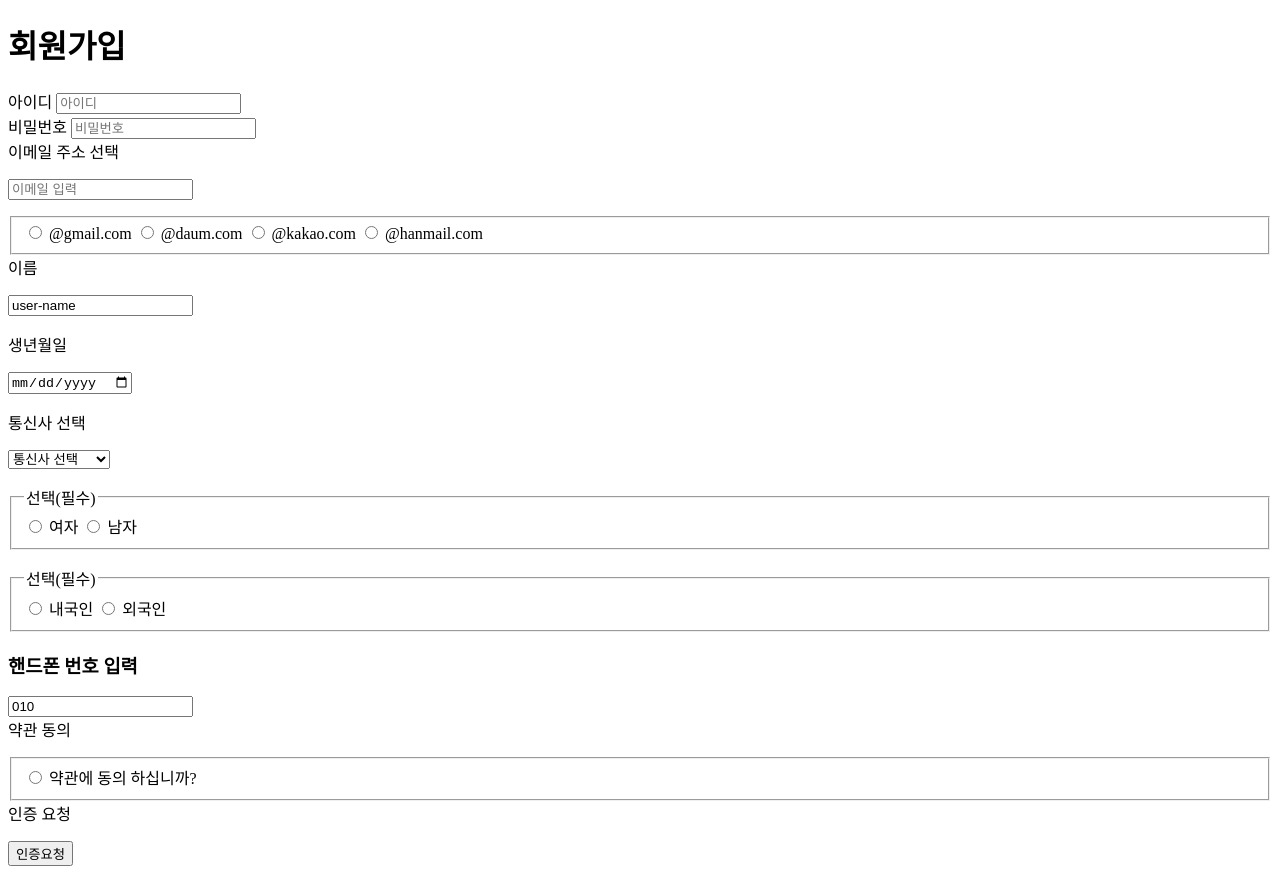
Repository: guswnsdldl/gb
Page: html workspace/h_form/src/main/webapp/join.html
These files come from the project's save history. The page is drawn as it stood at one moment and after the next save; the edit follows.
The browser window is 1280 px wide. The pictures show the whole page.

Above is the page before, as saved 2024-08-06 08:13:40.

### html workspace/h_form/src/main/webapp/join.html
<!DOCTYPE html>
<html>
<head>
<meta charset="UTF-8">
<title>join</title>
</head>
<body>
<h1>회원가입</h1>
<form>
<div> 아이디
<input type="text" name="user-id" placeholder="아이디" required><br>
비밀번호
<input type="password" name="user-password" placeholder="비밀번호">
</div>
<div> 이메일 주소 선택
<p><input type="text" name="user-email" placeholder="이메일 입력"><fieldset>
 <label><input type="radio" name="email" value="@gmail.com">
            @gmail.com</label>
  <label><input type="radio" name="email" value="@daum.com">
            @daum.com</label>
  <label><input type="radio" name="email" value="@kakao.com">
            @kakao.com</label>
  <label><input type="radio" name="email" value="@hanmail.com">
            @hanmail.com</label>
</fieldset>

</div> 이름
<div>
<p><input type="text" name="user-name" placeholder="실명" value="user-name" required><br>
</div>
<div>	생년월일
        <p> <input type="date">
</div>

<div>통신사 선택
<p><select name="select-telecom">
            <option value="" selected>통신사 선택</option>
            <option value="computer">KT</option>
            <option value="model">SKT</option>
            <option value="nurse">LG U+</option>
            <option value="music">KT 알뜰폰</option>
            <option value="mechanic">SKT 알뜰폰</option>
             <option value="mechanic">LG U+ 알뜰폰</option>
   </select>
</div>
<div>
<p><fieldset>
        <legend>선택(필수)</legend>
          <label> <input type="radio" name="gender" value="여자">
            여자
         </label><label> <input type="radio" name="gender" value="남자">
            남자
         </label>
      </fieldset>
</div>
<div>
<p><fieldset>
        <legend>선택(필수)</legend>
          <label> <input type="radio" name="from" value="korean">
            내국인
         </label><label> <input type="radio" name="from" value="foreigner">
            외국인
         </label>
      </fieldset>
</div>
<div>
<p><h3>핸드폰 번호 입력</h3>
<input type="tel" name="user-telephone" placeholder="전화번호" value="010" required>
</div>

<div> 약관 동의
<p> <fieldset>
 <label> <input type="radio" name="agree" value="agree">
            약관에 동의 하십니까?</label>
</fieldset>
</div>
<div> 인증 요청
<p> <input type="button" value="인증요청" required>


</div>

</form>

</body>
</html>

After the next save:
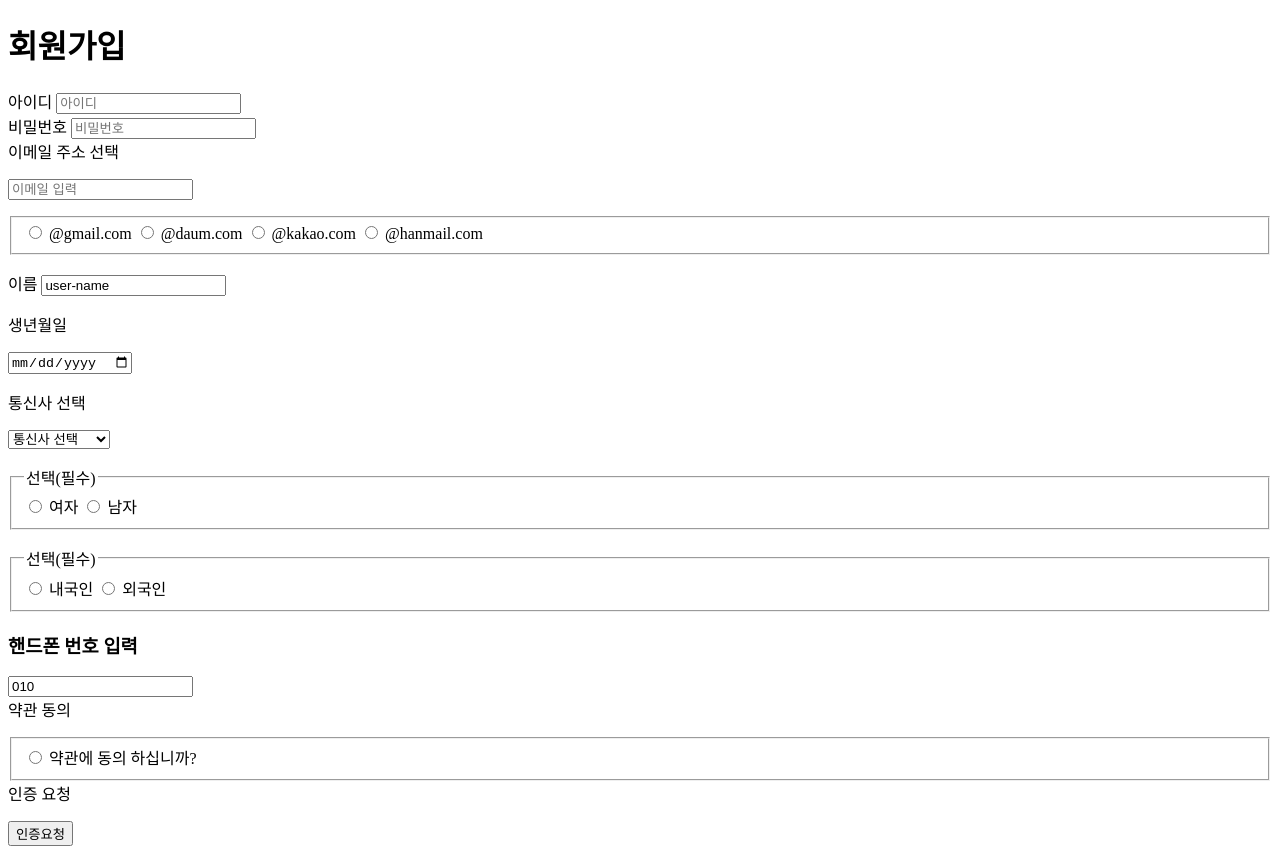
Saved 40 s later.
--- a/html workspace/h_form/src/main/webapp/join.html
+++ b/html workspace/h_form/src/main/webapp/join.html
@@ -24,9 +24,10 @@
             @hanmail.com</label>
 </fieldset>
 
-</div> 이름
+</div>
 <div>
-<p><input type="text" name="user-name" placeholder="실명" value="user-name" required><br>
+<p>이름
+<input type="text" name="user-name" placeholder="실명" value="user-name" required><br>
 </div>
 <div>	생년월일
         <p> <input type="date">
